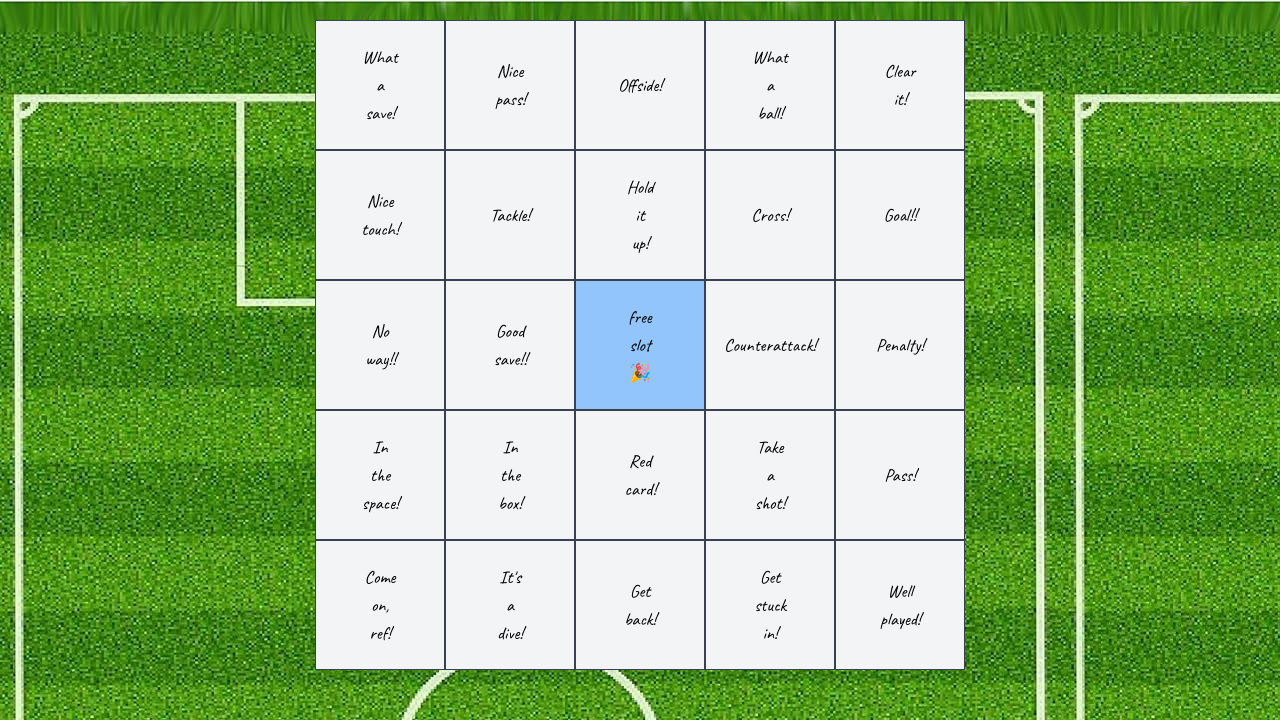
Repository: yassirbn/football-bingo
Page: /
The author's editor kept a copy of each file at every save. The page is drawn from the files as they stood at one save, then again after the next save.
The browser window is 1280 px wide. The pictures show the whole page.
The project was rebuilt for these pictures with package versions that can differ from the ones it lists, and the page was loaded fresh each time.

Above is the page before, as saved 2024-11-27 13:49:00.

### src/index.css

@import url('https://fonts.googleapis.com/css2?family=Caveat:wght@400;700&display=swap');

@tailwind base;
@tailwind components;
@tailwind utilities;



body {
  background-image: url('./assets/images/background.jpg');
  }

### src/App.js
import React from "react";
import BingoGrid from "./component/BingoGrid/BingoGrid";


const App = () => {
  const words  = [
    "What a save!",
    "Offside!",
    "Penalty!",
    "Pass!",
    "It's a dive!",
    "Red card!",
    "Goal!!",
    "Foul!",
    "Clear it!",
    "Nice touch!",
    "Tackle!",
    "Cross!",
    "Counterattack!",
    "Come on, ref!",
    "In the box!",
    "No way!!",
    "Good save!!",
    "What a ball!",
    "Hold it up!",
    "Get stuck in!",
    "Get back!",
    "Nice pass!",
    "In the space!",
    "Well played!",
    "Take a shot!",
  ];


  return (
    <div className="min-h-screen flex items-center justify-center">
      <BingoGrid words={words} />
    </div>
  );
};

export default App;

### src/component/BingoGrid/BingoGrid.js
import React, { useState } from "react";

const BingoGrid = ({ words }) => {
  const gridSize = 5; // 5x5 grid
  const totalCells = gridSize * gridSize;

  // Shuffle words only once and store in state
  const initializeGrid = () => {
    const shuffledWords = [...words].sort(() => 0.5 - Math.random()).slice(0, totalCells);

    // Fill with placeholders if not enough words
    while (shuffledWords.length < totalCells) {
      shuffledWords.push("placeholder");
    }

    // Replace the center cell with "FREE SPACE"
    const centerIndex = Math.floor(totalCells / 2);
    shuffledWords[centerIndex] = "free slot 🎉";

    return shuffledWords;
  };

  const [gridWords] = useState(initializeGrid);
  const [selectedCells, setSelectedCells] = useState(
    Array(totalCells).fill(false).map((_, i) => i === Math.floor(totalCells / 2)) // Center (FREE SPACE) is pre-selected
  );
  const [bingo, setBingo] = useState(false);

  // Handle cell click
  const handleCellClick = (index) => {
    if (gridWords[index] === "free slot 🎉" || selectedCells[index]) return; // Ignore clicks on FREE SPACE or already selected cells

    const updatedSelection = [...selectedCells];
    updatedSelection[index] = true;
    setSelectedCells(updatedSelection);

    // Check for Bingo
    checkForBingo(updatedSelection);
  };

  // Check for Bingo
  const checkForBingo = (selected) => {
    const checkLine = (line) => line.every((index) => selected[index]);

    // Generate all rows, columns, and diagonals
    const rows = Array.from({ length: gridSize }, (_, i) =>
      Array.from({ length: gridSize }, (_, j) => i * gridSize + j)
    );
    const cols = Array.from({ length: gridSize }, (_, i) =>
      Array.from({ length: gridSize }, (_, j) => j * gridSize + i)
    );
    const diagonal1 = Array.from({ length: gridSize }, (_, i) => i * gridSize + i);
    const diagonal2 = Array.from({ length: gridSize }, (_, i) => (i + 1) * gridSize - (i + 1));

    const lines = [...rows, ...cols, diagonal1, diagonal2];

    if (lines.some(checkLine)) {
      setBingo(true); // Set Bingo to true to trigger animations
    }
  };

  return (
    <div className="relative h-screen overflow-hidden">
      {/* Fireworks Animation */}
      {bingo && (
        <div className="absolute inset-0 z-20 flex justify-center items-center pointer-events-none">
          {/* Firework Particles */}
          {Array.from({ length: 300 }).map((_, idx) => (
            <div
              key={idx}
              className="fireworks-particle w-4 h-4 rounded-full absolute animate-fireworks"
              style={{
                "--x": `${Math.random() * 120 - 60}vw`, // Expanded X direction
                "--y": `${Math.random() * 120 - 60}vh`, // Expanded Y direction
                "--size": `${Math.random() * 10 + 5}px`, // Random size (larger particles)
                "--duration": `${Math.random() * 2 + 1.5}s`, // Increased duration for longer explosion
                "--delay": `${Math.random() * 0.5}s`, // Random delay
                backgroundColor: `hsl(${Math.random() * 360}, 100%, 50%)`, // Random color (HSL)
                transform: `rotate(${Math.random() * 360}deg)` // Random rotation for more chaos
              }}
            ></div>
          ))}
        </div>
      )}

      {/* Bingo Text Animation */}
      {bingo && (
        <div className="absolute inset-0 flex items-center justify-center z-10 animate-bingo-fade">
          <h2 className="text-7xl sm:text-8xl md:text-9xl lg:text-10xl font-extrabold text-red-600 animate-bingo-shake">
            BINGO!
          </h2>
        </div>
      )}

      {/* Bingo Grid */}
      <div
        className="grid pt-5"
        style={{
          gridTemplateColumns: `repeat(${gridSize}, 1fr)`,
        }}
      >
        {gridWords.map((word, index) => (
          <div
            key={index}
            className={`flex items-center justify-center border-b border-l border-t border-r border-gray-700 text-center font-medium aspect-square
              ${selectedCells[index] ? "bg-blue-300 text-white" : "bg-gray-100 hover:bg-blue-200 cursor-pointer"}
              ${word === "FREE SPACE" ? "cursor-default" : ""}`}
            onClick={() => handleCellClick(index)}
          >
            <div
              className={`${
                selectedCells[index] ? "bg-blue-300 text-white" : "bg-transparent"
              } flex items-center justify-center py-3 md:px-6 sm:py-4 sm:px-8 md:py-6 md:px-12 lg:py-8 lg:px-16 break-all md:break-normal`}
              style={{
                width: "50px", // Adjusted for mobile/tablet responsiveness
                height: "50px", // Adjusted for mobile/tablet responsiveness
                minWidth: "50px", // Ensures the circle doesn't shrink smaller than this
              }}
            >
              <span
                className="text-xs sm:text-sm md:text-base lg:text-lg font-medium text-black font-handwritten"
              >
                {word}
              </span>
            </div>
          </div>
        ))}
      </div>
    </div>
  );
};

export default BingoGrid;

### tailwind.config.js
/** @type {import('tailwindcss').Config} */
module.exports = {
  content: ['./src/**/*.{js,jsx,ts,tsx}'],
  theme: {
    extend: {
      fontFamily: {
        handwritten: ["'Caveat'", "cursive"],
      },
      animation: {
        fireworks: "fireworks 1.5s ease-out forwards",
        "bingo-fade": "bingo-fade 2s ease-out forwards",
        "bingo-shake": "bingo-shake 0.5s ease-in-out infinite",
      },
      keyframes: {
        fireworks: {
          "0%": {
            transform: "scale(0) translate(0, 0)",
            opacity: 1,
          },
          "50%": {
            transform: "scale(1) translate(var(--x), var(--y))",
            opacity: 1,
          },
          "100%": {
            transform: "scale(2) translate(var(--x), var(--y))",
            opacity: 0,
          },
        },
        "bingo-fade": {
          "0%": { opacity: 0 },
          "100%": { opacity: 1 },
        },
        "bingo-shake": {
          "0%": { transform: "rotate(0)" },
          "25%": { transform: "rotate(5deg)" },
          "50%": { transform: "rotate(0)" },
          "75%": { transform: "rotate(-5deg)" },
          "100%": { transform: "rotate(0)" },
        },
      },
    },
  },
  plugins: [],
}

Loaded but not shown: public/index.html (common file); src/index.js (common file); src/reportWebVitals.js (common file)

After the next save:
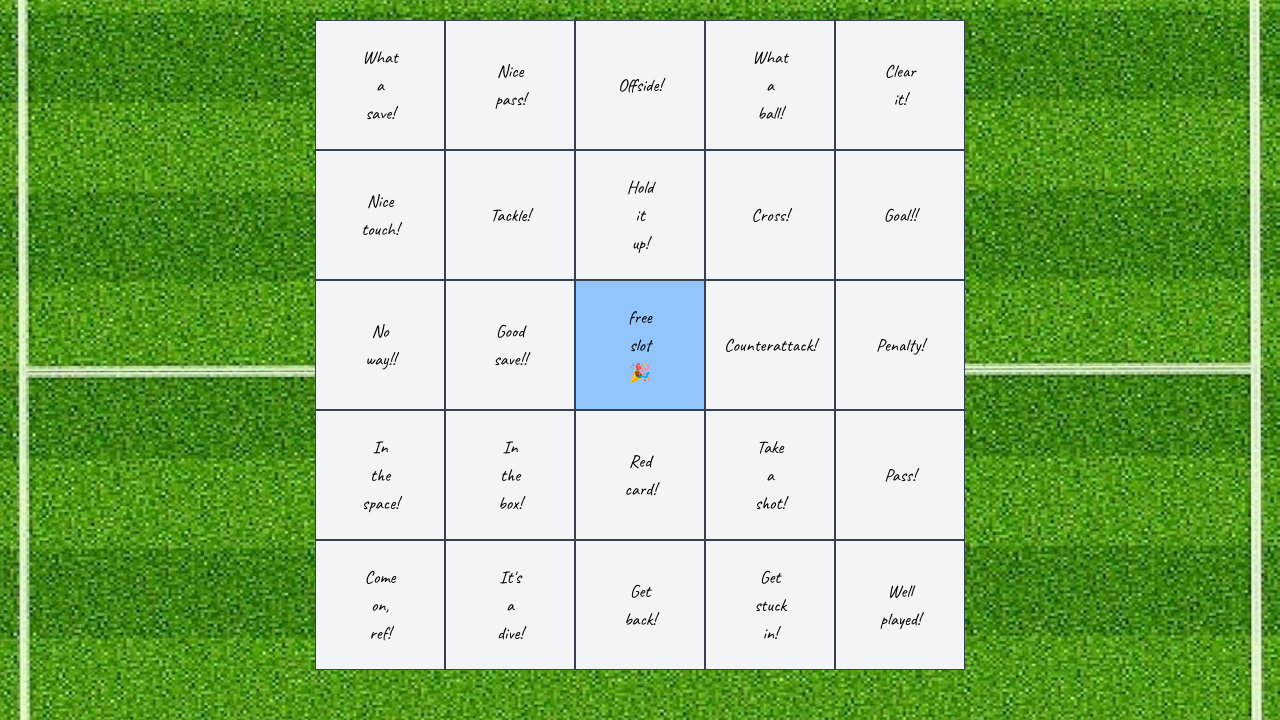
Saved 15 s later.
--- a/src/index.css
+++ b/src/index.css
@@ -9,4 +9,6 @@
 
 body {
   background-image: url('./assets/images/background.jpg');
+  background-size: cover;
+  background-position: center;
   }
